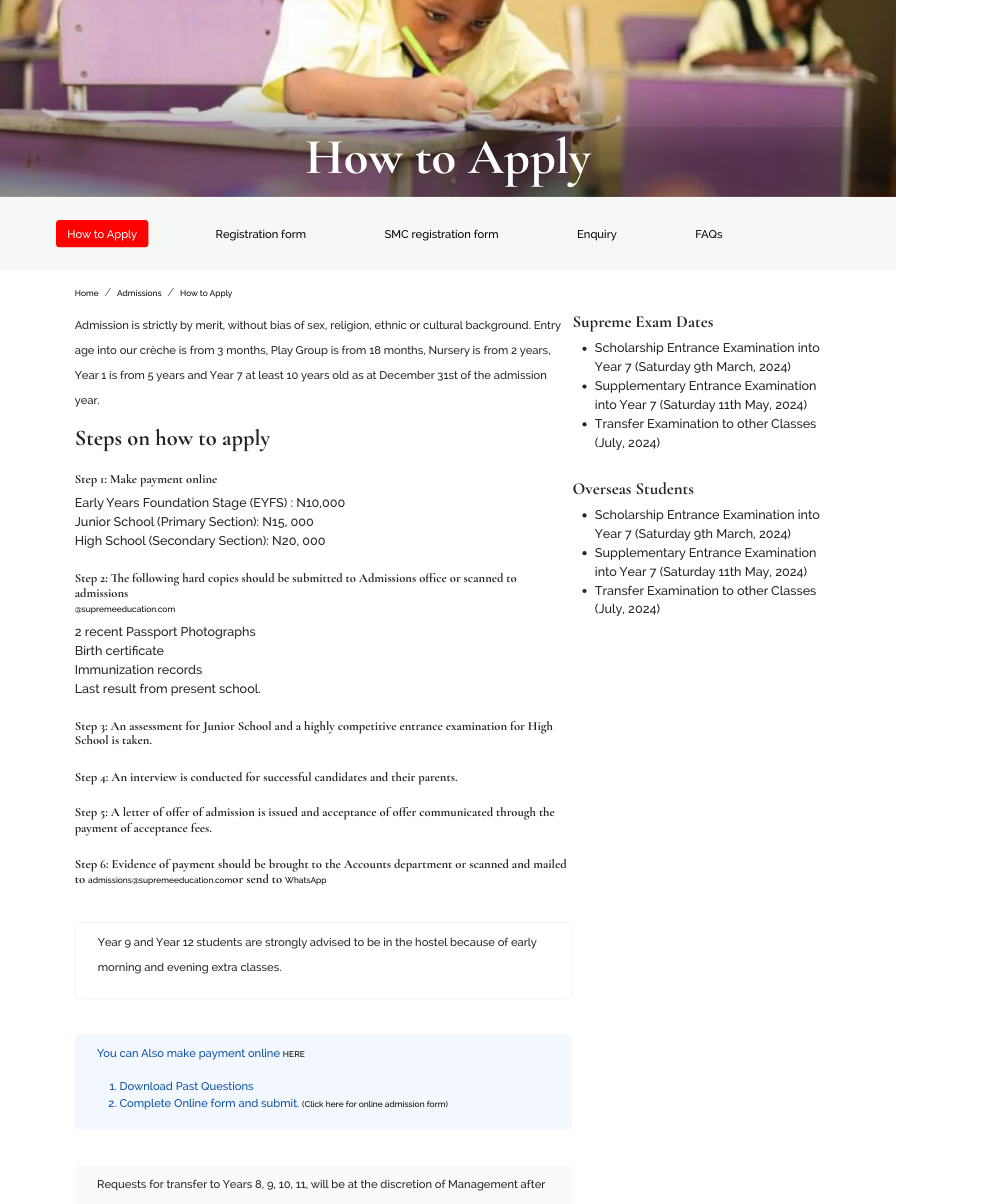
Repository: sarahnnanyelugo/supreme-education
Page: /apply
These files come from the project's save history. The page is drawn as it stood at one moment and after the next save; the edit follows.
The browser window is 1280 px wide. The page is 1427 px wide, so the pictures cover 1427 px, including what lies to the right of the window. The pictures show the part of the page from y = 396 to 2116 px (the page is 2867 px tall), at 70% of full size.
The project was rebuilt for these pictures with package versions that can differ from the ones it lists, and the page was loaded fresh each time. Also part of the build but not shown: src/pages/Home/News/news.scss, src/pages/Home/News/News.js, src/pages/Home/Home.js, src/pages/Founder/founder.scss, src/pages/Founder/Founder.js, src/pages/CEO/ceo.scss, src/pages/CEO/CEO.js, src/pages/WhoWeAre/who-we-are.scss and 5 more.

Above is the page before, as saved 2023-12-20 12:57:05.

After the next save:
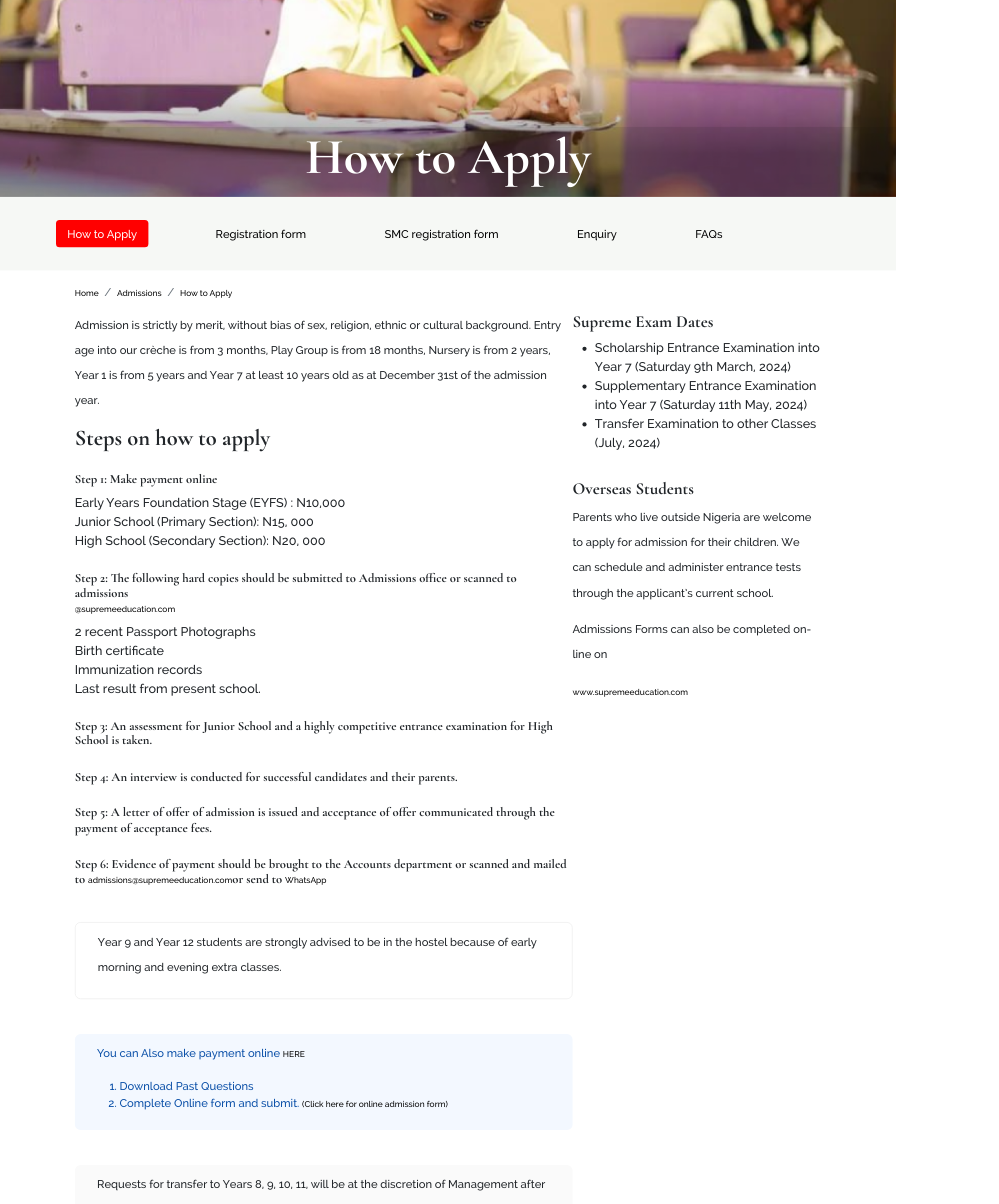
Saved 60 s later.
--- a/src/pages/Apply/Apply.js
+++ b/src/pages/Apply/Apply.js
@@ -107,17 +107,15 @@
           </div>{" "}
           <div className="info-div4 mt4">
             <h4>Overseas Students</h4>
-            <ul>
-              <li>
-                Scholarship Entrance Examination into Year 7 (Saturday 9th
-                March, 2024)
-              </li>
-              <li>
-                Supplementary Entrance Examination into Year 7 (Saturday 11th
-                May, 2024)
-              </li>
-              <li>Transfer Examination to other Classes (July, 2024)</li>
-            </ul>
+            <p>
+              Parents who live outside Nigeria are welcome to apply for
+              admission for their children. We can schedule and administer
+              entrance tests through the applicant’s current school.
+            </p>
+            <p>Admissions Forms can also be completed on-line on</p>
+            <p>
+              <Link to={""}> www.supremeeducation.com</Link>
+            </p>
           </div>
         </div>
       </div>
